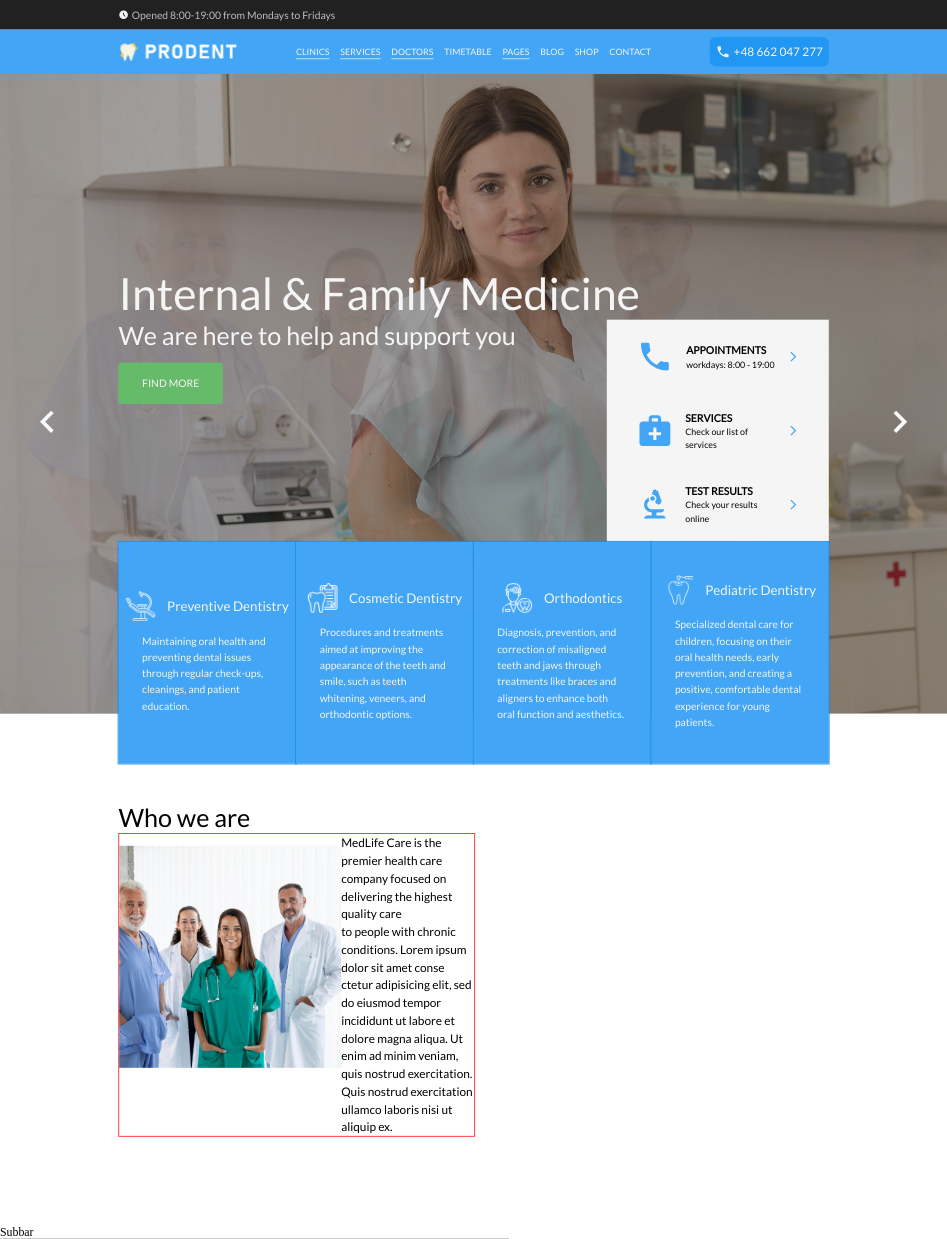
Repository: princ3-web/8
Page: /
An editor plug-in stored every save of this project. The page is shown before and after the next save, followed by the edit.
The browser window is 1280 px wide. The pictures show the whole page, at 74% of full size.
The project was rebuilt for these pictures with package versions that can differ from the ones it lists, and the page was loaded fresh each time. Also part of the build but not shown: vite.config.js, src/subpages/About.jsx, src/index.css.

Above is the page before, as saved 2023-11-02 15:16:55.

After the next save:
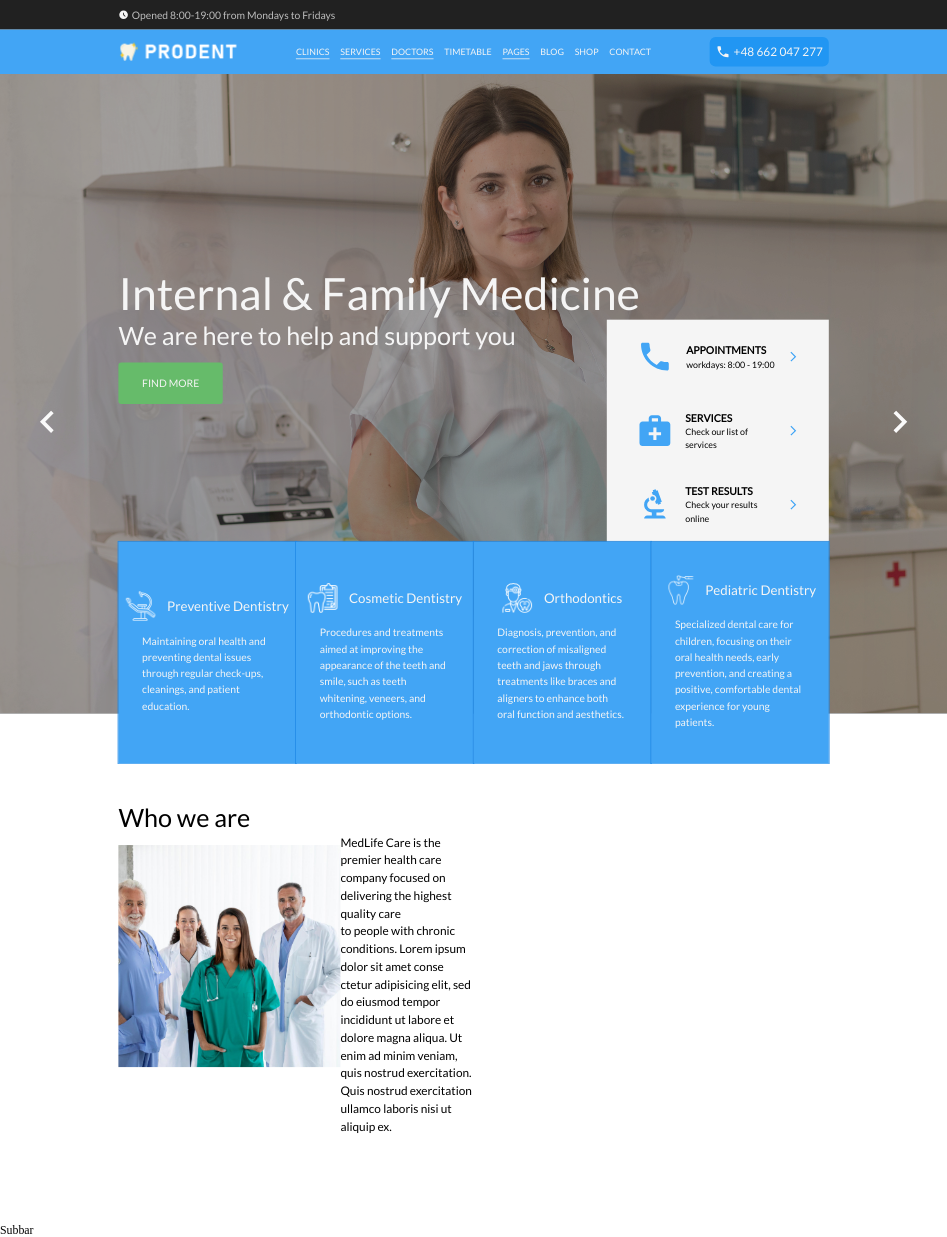
Saved 11 s later.
--- a/src/subpages/Home.jsx
+++ b/src/subpages/Home.jsx
@@ -234,7 +234,7 @@ const Home = () => {
       <Menu />
       <Box sx={{ boxSizing: "border-box", px: "160px", py: "120px" }}>
         <Typography variant="h4">Who we are</Typography>
-        <Box sx={{ display: "flex", border:"1px solid red", width:"50%" }}>
+        <Box sx={{ display: "flex",  width:"50%" }}>
           <CardMedia
             component="img"
             src={image1}
